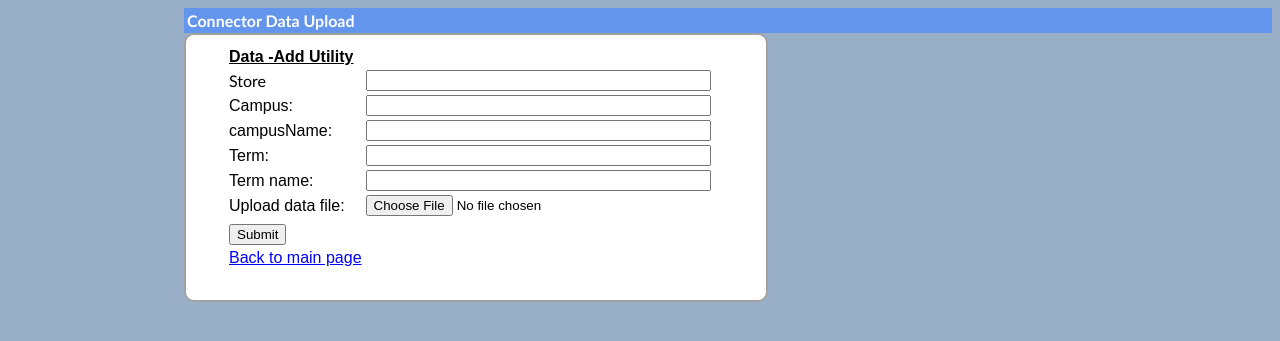
Repository: caditya/Dataupload
Page: http://localhost/connectordata/WEB-INF/views/datainput.jsp
The author's editor kept a copy of each file at every save. The page is drawn from the files as they stood at one save, then again after the next save.
The browser window is 1280 px wide. The pictures show the whole page.
Some web libraries are served in a nearby version. The page is served by Tomcat 9. Nobody is signed in. Other server files are loaded and not shown. The template is opened directly, without the code that normally fills it, so the values that code supplies are empty.

Above is the page before, as saved 2014-07-21 19:54:50.

### QAFileUpload/connectordata/src/main/webapp/WEB-INF/views/datainput.jsp
<%@ page language="java" contentType="text/html; charset=ISO-8859-1"
	pageEncoding="ISO-8859-1"%>
<html>
<head>

<%@taglib prefix="c" uri="http://java.sun.com/jsp/jstl/core"%>
<link href="<c:url value="/resources/css/coffee.css" />"
	rel="stylesheet">

<script src="//code.jquery.com/jquery-1.10.2.js"></script>
<script>
	$(document).ready(function() {
		$(function() {
		    $(document).keypress(function(event) {
		        var ch = String.fromCharCode(event.keyCode || event.charCode);
		        switch (ch) {
		            case 'c': case 'C':
		            	uploadFile();
		                break;
		        }
		    });
		});



		$("#submit-button").click(function() {
			$("#newaccountform").attr("action", "/it/createnewaccount");
			$("#newaccountform").attr("method", "post");
			$("#newaccountform").submit();
		});
		$("#startfile").click(function() {
			createstart();
		});



	});
</script>

<script>
function createstart(){
	alert('createstart');
	$.getJSON("/connector/startfile", { store: $('#store').val() }, function(startfile) {
		if (startfile.error== 'false') {
        	$("#placeholder_startfile").html(startfile);

        } else if (availability.error=='true'){
        	$("#placeholder_startfile").html("Cannot create file with this data");
        }
    });
}



	!function(d, s, id) {
		var js, fjs = d.getElementsByTagName(s)[0], p = /^http:/
				.test(d.location) ? 'http' : 'https';
		if (!d.getElementById(id)) {
			js = d.createElement(s);
			js.id = id;
			js.src = p + '://platform.twitter.com/widgets.js';
			fjs.parentNode.insertBefore(js, fjs);
		}
	}(document, 'script', 'twitter-wjs');
</script>
<title>Follett Apps</title>
<style>
.error {
	color: #ff0000;
}

</style>
</head>
<body>

	<%@ include file="shared/CoffeeHeader.jsp"%>
	<c:if test="${'Account Created' eq account_status}">
		<c:out value="Account Created1"></c:out>
	</c:if>

	 <div >
	<form:form method="POST" commandName="dataBlock" action="/connector/startfile" enctype="multipart/form-data">
		<form:errors path="*" cssClass="errorblock" element="div" />

	 <table>
		<tr>
				<td><b><u>Data -Add Utility</u></b></td>

			</tr>
			<tr>
				<td><p style="font-family:calibri;font-size:16px;">Store</p></td>
				<td> <form:input path="store"  size="40"/></td>
				<td><form:errors path="store" cssClass="error" /></td>
			</tr>
			<tr>
				<td>Campus:</td>
				<td><form:input path="campus"  size="40"/></td>
				<td><form:errors path="campus" cssClass="error"  /></td>
			</tr>

			<tr>
				<td>campusName:</td>
				<td><form:input path="campusName" size="40"/></td>
				<td><form:errors path="campusName" cssClass="error" /></td>
			</tr>
			<tr>
				<td>Term:</td>
				<td><form:input path="term" size="40"/></td>
				<td><form:errors path="term" cssClass="error" /></td>
			</tr>
			<tr>
				<td>Term name:</td>
				<td><form:input path="termName" size="40"/></td>
				<td><form:errors path="termName" cssClass="error" /></td>
			</tr>
			<tr>
				<td>Upload data file:</td>

				<td>
				<input type="file" name="dataFile"/>
				</td>

			</tr>
			<tr>
			<td><input type='button' id='startfile' name='startfile'
				value='Generate Start File' hidden="true" /></td>
			</tr>
			<tr>
				<td colspan="3"><input type="submit" /></td>
			</tr>
			<tr>
		<td><a href="/connector/" class='font'>Back to main page</a></td>
		</tr>
		<tr>
			<td><p  class='font' id="placeholder_startfile"></p></td>
		</tr>

		</table>

	</form:form>
	</div>


</body>
</html>

### QAFileUpload/connectordata/src/main/webapp/WEB-INF/views/shared/CoffeeHeader.jsp
<%@ page language="java" contentType="text/html; charset=ISO-8859-1"
	pageEncoding="ISO-8859-1"%>
<%@ taglib prefix="c" uri="http://java.sun.com/jsp/jstl/core"%>
<%@ taglib prefix="fmt" uri="http://java.sun.com/jsp/jstl/fmt"%>
<%@ taglib prefix="form" uri="http://www.springframework.org/tags/form"%>
<%@ taglib prefix="sec"
	uri="http://www.springframework.org/security/tags"%>

<html>
<head>
<link rel="stylesheet" href="/coffee.css">
<link href="<c:url value="/resources/css/coffee.css" />"
	rel="stylesheet">
<title>Connector Header</title>
</head>
<body>
	<table class='table_header' >

		<tr>
			<td class="center" style="width: 80%;">
				<p class='pHeading'><b>Connector Data Upload</b></p>
			</td>
			<td class="center"  align="right"  "width: 15%">
			<sec:authorize access="authenticated">
					<p class='pHeading'>
						<sec:authentication property="name" />
			</td>
			<td class="center" style="width: 15%">
				<c:url var="logouturl" value="/j_spring_security_logout" />
				<a href="${logouturl}"> Log out</a>

			</td>
			</sec:authorize>
		</tr>
	</table>
</body>
</html>

### QAFileUpload/connectordata/src/main/webapp/resources/css/coffee.css
@CHARSET "UTF-8";
body {
  padding-left: 11em;
  font-family: Georgia, "Times New Roman",
        Times, serif;
  color: black;
  background-color: #98AFC7 }
ul.navbar {
  list-style-type: none;
  padding: 0;
  margin: 0;
  position: absolute;
  top: 2em;
  left: 1em;
  width: 9em }
h1 {
  font-family: Helvetica, Geneva, Arial,
        SunSans-Regular, sans-serif }
ul.navbar li {
  background: white;
  margin: 0.5em 0;
  padding: 0.3em;
  border-right: 1em solid black }
ul.navbar a {
  text-decoration: none }
a:link {
  color: blue }
a:visited {
  color: black }
address {
  margin-top: 1em;
  padding-top: 1em;
  border-top: thin dotted }

p.pHeading {
 	color: white;
 	background:#6495ED;
 }
 td.center {
    /* <http://www.w3.org/wiki/CSS/Properties/text-align>
     * left, right, center, justify, inherit
     */
    text-align: left;
    /* <http://www.w3.org/wiki/CSS/Properties/vertical-align>
     * baseline, sub, super, top, text-top, middle,
     * bottom, text-bottom, length, or a value in percentage
     */
    vertical-align: text-top;
    font-family: Calibri, Candara, Segoe, "Segoe UI", Optima, Arial, sans-serif;;
}
.font{
	font: caption;
}
.errorblock {
	font: caption;
	color: black;
	background-color: ;
	border: 3px solid #ff0000;
	padding: 8px;
	margin: 0px;
}
.table_header{
	width: 100%;
	background-color: #6495ED;
}
td {
	font: caption;
}
a {
	font: caption;
}

td.u{
	text-decoration:underline bold;
}
.modal {
    display:    none;
    position:   fixed;
    z-index:    1000;
    top:        0;
    left:       0;
    height:     100%;
    width:      100%;
    background: rgba( 255, 255, 255, .8 )
                url('http://i.stack.imgur.com/FhHRx.gif')
                50% 50%
                no-repeat;
}

/* When the body has the loading class, we turn
   the scrollbar off with overflow:hidden */
body.loading {
    overflow: hidden;
}

/* Anytime the body has the loading class, our
   modal element will be visible */
body.loading .modal {
    display: block;
}
.disabled {
   backgroundColor:black;
   color: darkgrey;
   background-color: grey;
   backgroundColor:black;
}


div {
    border: 2px solid #a1a1a1;
    padding: 10px 40px;
    background: white;
    width: 500px;
    border-radius: 10px;
}

After the next save:
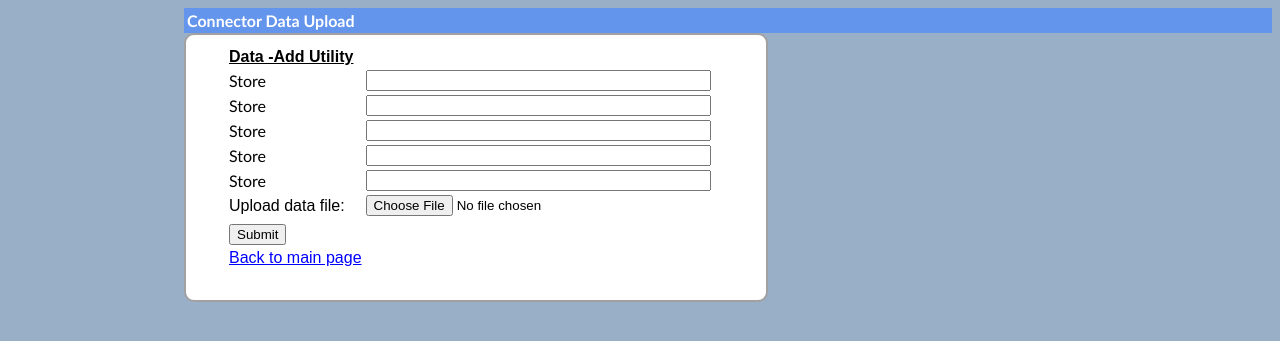
Saved 6 min 31 s later.
--- a/QAFileUpload/connectordata/src/main/webapp/WEB-INF/views/datainput.jsp
+++ b/QAFileUpload/connectordata/src/main/webapp/WEB-INF/views/datainput.jsp
@@ -88,28 +88,28 @@ function createstart(){
 
 			</tr>
 			<tr>
-				<td><p style="font-family:calibri;font-size:16px;">Store</p></td>
+				<td class='label'><p style="font-family:calibri;font-size:16px;">Store</p></td>
 				<td> <form:input path="store"  size="40"/></td>
 				<td><form:errors path="store" cssClass="error" /></td>
 			</tr>
 			<tr>
-				<td>Campus:</td>
+				<td class='label'><p style="font-family:calibri;font-size:16px;">Store</p></td>
 				<td><form:input path="campus"  size="40"/></td>
 				<td><form:errors path="campus" cssClass="error"  /></td>
 			</tr>
 
 			<tr>
-				<td>campusName:</td>
+			<td class='label'><p style="font-family:calibri;font-size:16px;">Store</p></td>
 				<td><form:input path="campusName" size="40"/></td>
 				<td><form:errors path="campusName" cssClass="error" /></td>
 			</tr>
 			<tr>
-				<td>Term:</td>
+				<td class='label'><p style="font-family:calibri;font-size:16px;">Store</p></td>
 				<td><form:input path="term" size="40"/></td>
 				<td><form:errors path="term" cssClass="error" /></td>
 			</tr>
 			<tr>
-				<td>Term name:</td>
+				<td class='label'><p style="font-family:calibri;font-size:16px;">Store</p></td>
 				<td><form:input path="termName" size="40"/></td>
 				<td><form:errors path="termName" cssClass="error" /></td>
 			</tr>
